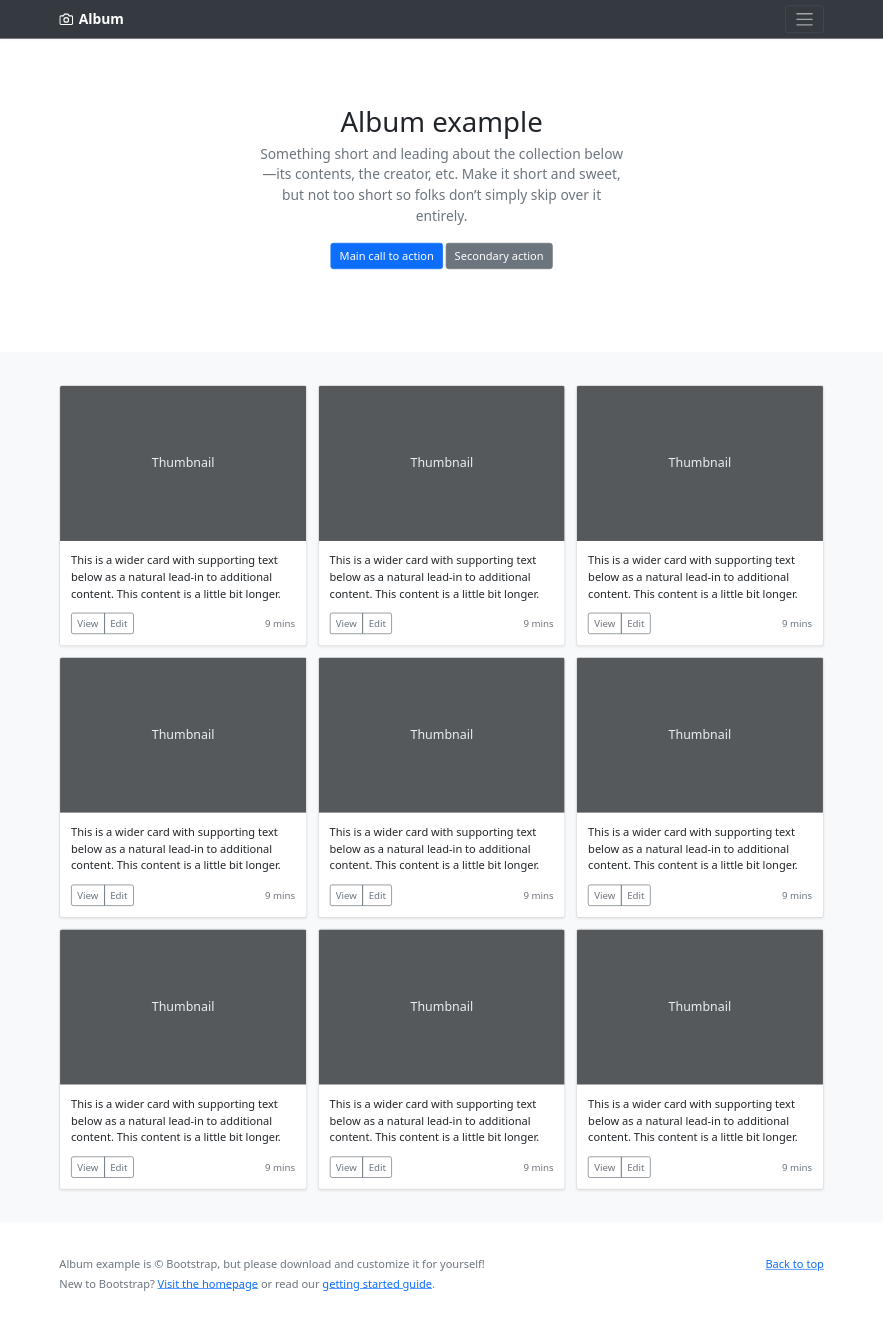
Repository: ajaykmankani/grocerry-project
Page: http://localhost/swastik
The author's editor kept a copy of each file at every save. The page is drawn from the files as they stood at one save, then again after the next save.
The browser window is 1280 px wide. The pictures show the whole page, at 69% of full size.
The page is served by the project's Laravel application, run on PHP 8.4 with Laravel 9. Other server files are loaded and not shown.

Above is the page before, as saved 2022-06-18 15:15:55.

### routes/web.php
<?php

use Illuminate\Support\Facades\Route;

/*
|--------------------------------------------------------------------------
| Web Routes
|--------------------------------------------------------------------------
|
| Here is where you can register web routes for your application. These
| routes are loaded by the RouteServiceProvider within a group which
| contains the "web" middleware group. Now create something great!
|
*/

Route::get('/', function () {
    return view('welcome');
});

Route::get('/swastik', function () {
    return view('swastik');
});

### resources/views/swastik.blade.php
<!doctype html>
<html lang="en">

<head>
  <meta charset="utf-8">
  <meta name="viewport" content="width=device-width, initial-scale=1">
  <meta name="description" content="">
  <meta name="author" content="Mark Otto, Jacob Thornton, and Bootstrap contributors">
  <meta name="generator" content="Hugo 0.72.0">
  <title>Album example · Bootstrap</title>

  <link rel="canonical" href="https://v5.getbootstrap.com/docs/5.0/examples/album/">



  <!-- Bootstrap core CSS -->
<link rel="stylesheet" href="https://stackpath.bootstrapcdn.com/bootstrap/5.0.0-alpha1/css/bootstrap.min.css" integrity="sha384-r4NyP46KrjDleawBgD5tp8Y7UzmLA05oM1iAEQ17CSuDqnUK2+k9luXQOfXJCJ4I" crossorigin="anonymous">
<script src="https://stackpath.bootstrapcdn.com/bootstrap/5.0.0-alpha1/js/bootstrap.min.js" integrity="sha384-oesi62hOLfzrys4LxRF63OJCXdXDipiYWBnvTl9Y9/TRlw5xlKIEHpNyvvDShgf/" crossorigin="anonymous"></script>
<script src="https://cdn.jsdelivr.net/npm/popper.js@1.16.0/dist/umd/popper.min.js" integrity="sha384-Q6E9RHvbIyZFJoft+2mJbHaEWldlvI9IOYy5n3zV9zzTtmI3UksdQRVvoxMfooAo" crossorigin="anonymous"></script>

  <style>
    .bd-placeholder-img {
      font-size: 1.125rem;
      text-anchor: middle;
      -webkit-user-select: none;
      -moz-user-select: none;
      -ms-user-select: none;
      user-select: none;
    }

    @media (min-width: 768px) {
      .bd-placeholder-img-lg {
        font-size: 3.5rem;
      }
    }
  </style>


</head>

<body>

  <header>
    <div class="collapse bg-dark" id="navbarHeader">
      <div class="container">
        <div class="row">
          <div class="col-sm-8 col-md-7 py-4">
            <h4 class="text-white">About</h4>
            <p class="text-muted">Add some information about the album below, the author, or any other background
              context. Make it a few sentences long so folks can pick up some informative tidbits. Then, link them off
              to some social networking sites or contact information.</p>
          </div>
          <div class="col-sm-4 offset-md-1 py-4">
            <h4 class="text-white">Contact</h4>
            <ul class="list-unstyled">
              <li><a href="#" class="text-white">Follow on Twitter</a></li>
              <li><a href="#" class="text-white">Like on Facebook</a></li>
              <li><a href="#" class="text-white">Email me</a></li>
            </ul>
          </div>
        </div>
      </div>
    </div>
    <div class="navbar navbar-dark bg-dark shadow-sm">
      <div class="container">
        <a href="#" class="navbar-brand d-flex align-items-center">
          <svg xmlns="http://www.w3.org/2000/svg" width="20" height="20" fill="none" stroke="currentColor"
            stroke-linecap="round" stroke-linejoin="round" stroke-width="2" aria-hidden="true" class="mr-2"
            viewBox="0 0 24 24">
            <path d="M23 19a2 2 0 0 1-2 2H3a2 2 0 0 1-2-2V8a2 2 0 0 1 2-2h4l2-3h6l2 3h4a2 2 0 0 1 2 2z" />
            <circle cx="12" cy="13" r="4" /></svg>
          <strong>Album</strong>
        </a>
        <button class="navbar-toggler" type="button" data-toggle="collapse" data-target="#navbarHeader"
          aria-controls="navbarHeader" aria-expanded="false" aria-label="Toggle navigation">
          <span class="navbar-toggler-icon"></span>
        </button>
      </div>
    </div>
  </header>

  <main>

    <section class="py-5 text-center container">
      <div class="row py-lg-5">
        <div class="col-lg-6 col-md-8 mx-auto">
          <h1 class="font-weight-light">Album example</h1>
          <p class="lead text-muted">Something short and leading about the collection below—its contents, the creator,
            etc. Make it short and sweet, but not too short so folks don’t simply skip over it entirely.</p>
          <p>
            <a href="#" class="btn btn-primary my-2">Main call to action</a>
            <a href="#" class="btn btn-secondary my-2">Secondary action</a>
          </p>
        </div>
      </div>
    </section>

    <div class="album py-5 bg-light">
      <div class="container">

        <div class="row row-cols-1 row-cols-sm-2 row-cols-md-3 g-3">
          <div class="col">
            <div class="card shadow-sm">
              <svg class="bd-placeholder-img card-img-top" width="100%" height="225" xmlns="http://www.w3.org/2000/svg"
                aria-label="Placeholder: Thumbnail" preserveAspectRatio="xMidYMid slice" role="img" focusable="false">
                <title>Placeholder</title>
                <rect width="100%" height="100%" fill="#55595c" /><text x="50%" y="50%" fill="#eceeef"
                  dy=".3em">Thumbnail</text>
              </svg>

              <div class="card-body">
                <p class="card-text">This is a wider card with supporting text below as a natural lead-in to additional
                  content. This content is a little bit longer.</p>
                <div class="d-flex justify-content-between align-items-center">
                  <div class="btn-group">
                    <button type="button" class="btn btn-sm btn-outline-secondary">View</button>
                    <button type="button" class="btn btn-sm btn-outline-secondary">Edit</button>
                  </div>
                  <small class="text-muted">9 mins</small>
                </div>
              </div>
            </div>
          </div>
          <div class="col">
            <div class="card shadow-sm">
              <svg class="bd-placeholder-img card-img-top" width="100%" height="225" xmlns="http://www.w3.org/2000/svg"
                aria-label="Placeholder: Thumbnail" preserveAspectRatio="xMidYMid slice" role="img" focusable="false">
                <title>Placeholder</title>
                <rect width="100%" height="100%" fill="#55595c" /><text x="50%" y="50%" fill="#eceeef"
                  dy=".3em">Thumbnail</text>
              </svg>

              <div class="card-body">
                <p class="card-text">This is a wider card with supporting text below as a natural lead-in to additional
                  content. This content is a little bit longer.</p>
                <div class="d-flex justify-content-between align-items-center">
                  <div class="btn-group">
                    <button type="button" class="btn btn-sm btn-outline-secondary">View</button>
                    <button type="button" class="btn btn-sm btn-outline-secondary">Edit</button>
                  </div>
                  <small class="text-muted">9 mins</small>
                </div>
              </div>
            </div>
          </div>
          <div class="col">
            <div class="card shadow-sm">
              <svg class="bd-placeholder-img card-img-top" width="100%" height="225" xmlns="http://www.w3.org/2000/svg"
                aria-label="Placeholder: Thumbnail" preserveAspectRatio="xMidYMid slice" role="img" focusable="false">
                <title>Placeholder</title>
                <rect width="100%" height="100%" fill="#55595c" /><text x="50%" y="50%" fill="#eceeef"
                  dy=".3em">Thumbnail</text>
              </svg>

              <div class="card-body">
                <p class="card-text">This is a wider card with supporting text below as a natural lead-in to additional
                  content. This content is a little bit longer.</p>
                <div class="d-flex justify-content-between align-items-center">
                  <div class="btn-group">
                    <button type="button" class="btn btn-sm btn-outline-secondary">View</button>
                    <button type="button" class="btn btn-sm btn-outline-secondary">Edit</button>
                  </div>
                  <small class="text-muted">9 mins</small>
                </div>
              </div>
            </div>
          </div>

          <div class="col">
            <div class="card shadow-sm">
              <svg class="bd-placeholder-img card-img-top" width="100%" height="225" xmlns="http://www.w3.org/2000/svg"
                aria-label="Placeholder: Thumbnail" preserveAspectRatio="xMidYMid slice" role="img" focusable="false">
                <title>Placeholder</title>
                <rect width="100%" height="100%" fill="#55595c" /><text x="50%" y="50%" fill="#eceeef"
                  dy=".3em">Thumbnail</text>
              </svg>

              <div class="card-body">
                <p class="card-text">This is a wider card with supporting text below as a natural lead-in to additional
                  content. This content is a little bit longer.</p>
                <div class="d-flex justify-content-between align-items-center">
                  <div class="btn-group">
                    <button type="button" class="btn btn-sm btn-outline-secondary">View</button>
                    <button type="button" class="btn btn-sm btn-outline-secondary">Edit</button>
                  </div>
                  <small class="text-muted">9 mins</small>
                </div>
              </div>
            </div>
          </div>
          <div class="col">
            <div class="card shadow-sm">
              <svg class="bd-placeholder-img card-img-top" width="100%" height="225" xmlns="http://www.w3.org/2000/svg"
                aria-label="Placeholder: Thumbnail" preserveAspectRatio="xMidYMid slice" role="img" focusable="false">
                <title>Placeholder</title>
                <rect width="100%" height="100%" fill="#55595c" /><text x="50%" y="50%" fill="#eceeef"
                  dy=".3em">Thumbnail</text>
              </svg>

              <div class="card-body">
                <p class="card-text">This is a wider card with supporting text below as a natural lead-in to additional
                  content. This content is a little bit longer.</p>
                <div class="d-flex justify-content-between align-items-center">
                  <div class="btn-group">
                    <button type="button" class="btn btn-sm btn-outline-secondary">View</button>
                    <button type="button" class="btn btn-sm btn-outline-secondary">Edit</button>
                  </div>
                  <small class="text-muted">9 mins</small>
                </div>
              </div>
            </div>
          </div>
          <div class="col">
            <div class="card shadow-sm">
              <svg class="bd-placeholder-img card-img-top" width="100%" height="225" xmlns="http://www.w3.org/2000/svg"
                aria-label="Placeholder: Thumbnail" preserveAspectRatio="xMidYMid slice" role="img" focusable="false">
                <title>Placeholder</title>
                <rect width="100%" height="100%" fill="#55595c" /><text x="50%" y="50%" fill="#eceeef"
                  dy=".3em">Thumbnail</text>
              </svg>

              <div class="card-body">
                <p class="card-text">This is a wider card with supporting text below as a natural lead-in to additional
                  content. This content is a little bit longer.</p>
                <div class="d-flex justify-content-between align-items-center">
                  <div class="btn-group">
                    <button type="button" class="btn btn-sm btn-outline-secondary">View</button>
                    <button type="button" class="btn btn-sm btn-outline-secondary">Edit</button>
                  </div>
                  <small class="text-muted">9 mins</small>
                </div>
              </div>
            </div>
          </div>

          <div class="col">
            <div class="card shadow-sm">
              <svg class="bd-placeholder-img card-img-top" width="100%" height="225" xmlns="http://www.w3.org/2000/svg"
                aria-label="Placeholder: Thumbnail" preserveAspectRatio="xMidYMid slice" role="img" focusable="false">
                <title>Placeholder</title>
                <rect width="100%" height="100%" fill="#55595c" /><text x="50%" y="50%" fill="#eceeef"
                  dy=".3em">Thumbnail</text>
              </svg>

              <div class="card-body">
                <p class="card-text">This is a wider card with supporting text below as a natural lead-in to additional
                  content. This content is a little bit longer.</p>
                <div class="d-flex justify-content-between align-items-center">
                  <div class="btn-group">
                    <button type="button" class="btn btn-sm btn-outline-secondary">View</button>
                    <button type="button" class="btn btn-sm btn-outline-secondary">Edit</button>
                  </div>
                  <small class="text-muted">9 mins</small>
                </div>
              </div>
            </div>
          </div>
          <div class="col">
            <div class="card shadow-sm">
              <svg class="bd-placeholder-img card-img-top" width="100%" height="225" xmlns="http://www.w3.org/2000/svg"
                aria-label="Placeholder: Thumbnail" preserveAspectRatio="xMidYMid slice" role="img" focusable="false">
                <title>Placeholder</title>
                <rect width="100%" height="100%" fill="#55595c" /><text x="50%" y="50%" fill="#eceeef"
                  dy=".3em">Thumbnail</text>
              </svg>

              <div class="card-body">
                <p class="card-text">This is a wider card with supporting text below as a natural lead-in to additional
                  content. This content is a little bit longer.</p>
                <div class="d-flex justify-content-between align-items-center">
                  <div class="btn-group">
                    <button type="button" class="btn btn-sm btn-outline-secondary">View</button>
                    <button type="button" class="btn btn-sm btn-outline-secondary">Edit</button>
                  </div>
                  <small class="text-muted">9 mins</small>
                </div>
              </div>
            </div>
          </div>
          <div class="col">
            <div class="card shadow-sm">
              <svg class="bd-placeholder-img card-img-top" width="100%" height="225" xmlns="http://www.w3.org/2000/svg"
                aria-label="Placeholder: Thumbnail" preserveAspectRatio="xMidYMid slice" role="img" focusable="false">
                <title>Placeholder</title>
                <rect width="100%" height="100%" fill="#55595c" /><text x="50%" y="50%" fill="#eceeef"
                  dy=".3em">Thumbnail</text>
              </svg>

              <div class="card-body">
                <p class="card-text">This is a wider card with supporting text below as a natural lead-in to additional
                  content. This content is a little bit longer.</p>
                <div class="d-flex justify-content-between align-items-center">
                  <div class="btn-group">
                    <button type="button" class="btn btn-sm btn-outline-secondary">View</button>
                    <button type="button" class="btn btn-sm btn-outline-secondary">Edit</button>
                  </div>
                  <small class="text-muted">9 mins</small>
                </div>
              </div>
            </div>
          </div>
        </div>
      </div>
    </div>

  </main>

  <footer class="text-muted py-5">
    <div class="container">
      <p class="float-right mb-1">
        <a href="#">Back to top</a>
      </p>
      <p class="mb-1">Album example is &copy; Bootstrap, but please download and customize it for yourself!</p>
      <p class="mb-0">New to Bootstrap? <a href="/">Visit the homepage</a> or read our <a
          href="/docs/5.0/getting-started/introduction/">getting started guide</a>.</p>
    </div>
  </footer>

</body>

</html>

After the next save:
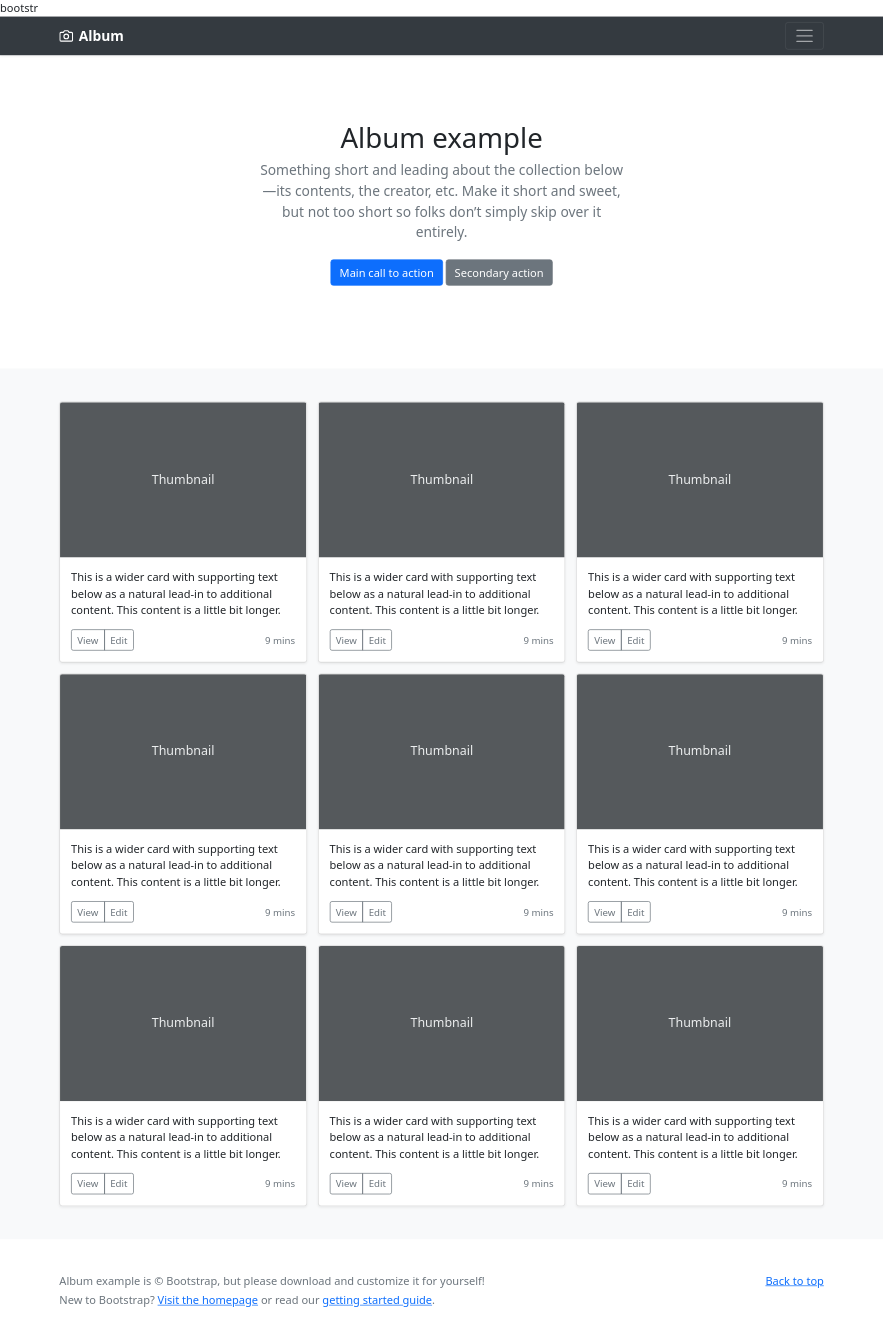
Saved 44 s later.
--- a/resources/views/swastik.blade.php
+++ b/resources/views/swastik.blade.php
@@ -1,4 +1,4 @@
-<!doctype html>
+bootstr<!doctype html>
 <html lang="en">
 
 <head>
